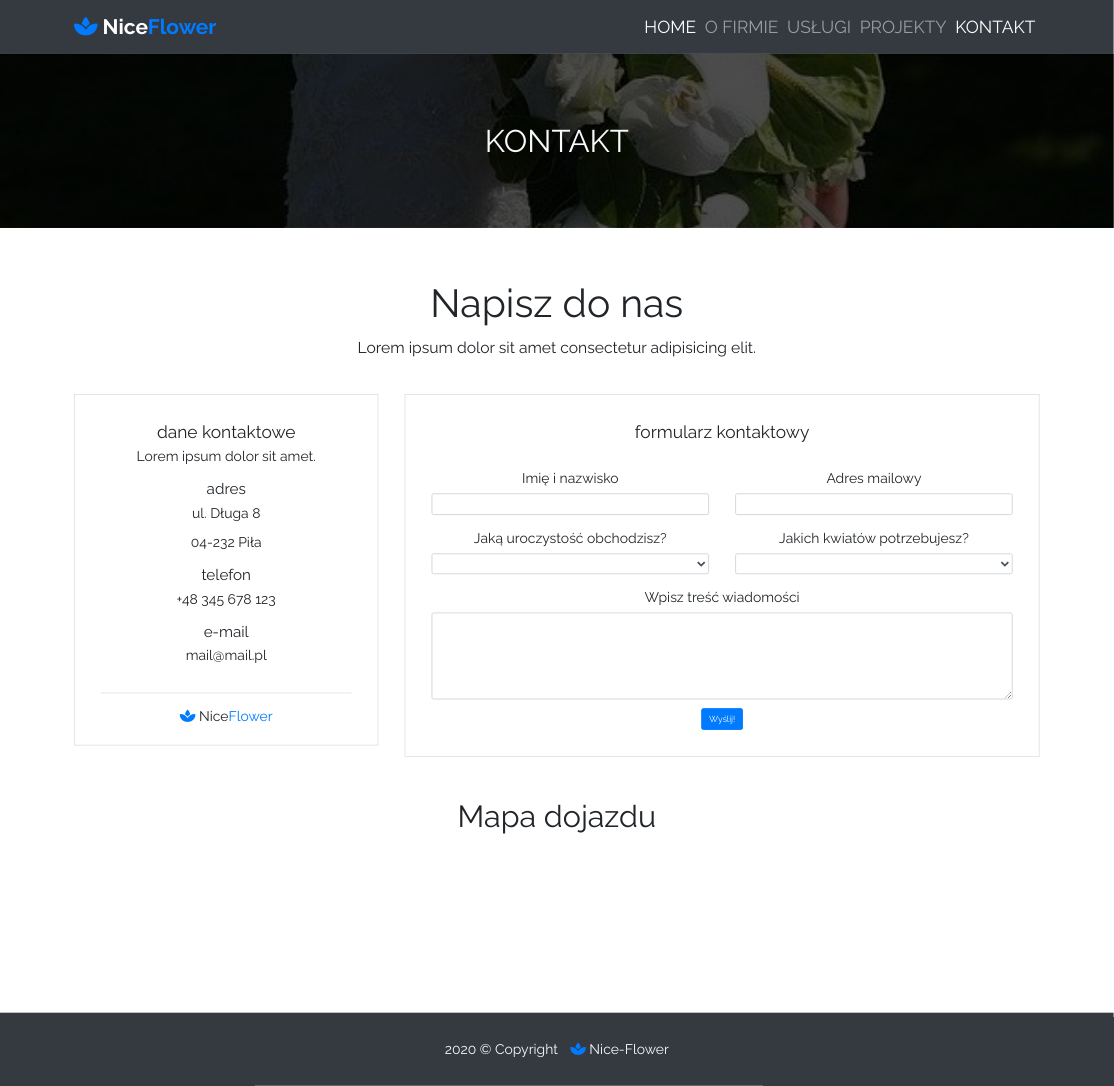
Repository: KrzysKolo/Projekt-13_Kwiaciarnia
Page: contact.html
An editor plug-in stored every save of this project. The page is shown before and after the next save, followed by the edit.
The browser window is 1280 px wide. The pictures show the whole page, at 87% of full size.
Pictures or frames that could not be fetched are drawn as grey boxes. Some web libraries are served in a nearby version.

Above is the page before, as saved 2020-08-11 13:56:45.

### contact.html
<!DOCTYPE html>
<html lang="pl">
  <head>
    <meta charset="UTF-8" />
    <meta name="viewport" content="width=device-width, initial-scale=1.0" />
    <title>Nice-Flower</title>
    <script
      src="https://kit.fontawesome.com/21efeaf281.js"
      crossorigin="anonymous"
    ></script>

    <link
      rel="stylesheet"
      href="https://stackpath.bootstrapcdn.com/bootstrap/4.5.0/css/bootstrap.min.css"
      integrity="sha384-9aIt2nRpC12Uk9gS9baDl411NQApFmC26EwAOH8WgZl5MYYxFfc+NcPb1dKGj7Sk"
      crossorigin="anonymous"
    />
    <link
      href="https://fonts.googleapis.com/css2?family=Raleway:wght@400;700&display=swap"
      rel="stylesheet"
    />
    <link rel="stylesheet" href="style.css" />
  </head>
  <body>
    <nav class="navbar navbar-expand-lg navbar-dark bg-dark py-3">
      <div class="container">
        <a class="navbar-brand" href="index.html"
          ><i class="fas fa-spa text-primary"></i> Nice<span
            class="text-primary"
            >Flower</span
          ></a
        >
        <button
          class="navbar-toggler border-0"
          type="button"
          data-toggle="collapse"
          data-target="#navbarNavAltMarkup"
          aria-controls="navbarNavAltMarkup"
          aria-expanded="false"
          aria-label="Toggle navigation"
        >
          <i class="fas fa-bars px-4"></i>
        </button>
        <div class="collapse navbar-collapse" id="navbarNavAltMarkup">
          <div class="navbar-nav ml-auto">
            <a class="nav-link active" href="index.html">Home </a>
            <a class="nav-link" href="abouteus.html">O firmie</a>
            <a class="nav-link" href="services.html"> Usługi</a>
            <a class="nav-link" href="projects.html">Projekty</a>
            <a class="nav-link active" href="#"
              ><span class="sr-only">(current)</span>Kontakt</a
            >
          </div>
        </div>
      </div>
    </nav>

    <!-- MAIN -->
    <main>
      <section class="top-hero contact-hero">
        <div class="hero-shadow"></div>
        <p class="top-hero-text text-light">Kontakt</p>
      </section>
      <section class="contact py-5">
        <div class="container">
          <div class="text-center py-5">
            <p class="display-3">Napisz do nas</p>
            <p class="additional-text">
              Lorem ipsum dolor sit amet consectetur adipisicing elit.
            </p>
          </div>

          <div class="row">
            <div class="col-md-5 col-lg-4">
              <div class="border p-5 mb-4 text-center">
                <h2>dane kontaktowe</h2>
                <p>Lorem ipsum dolor sit amet.</p>
                <h3 class="mt-4">adres</h3>
                <p>ul. Długa 8</p>
                <p>04-232 Piła</p>
                <h3 class="mt-4">telefon</h3>
                <p>+48 345 678 123</p>
                <h3 class="mt-4">e-mail</h3>
                <p>mail@mail.pl</p>
                <div class="contact-logo mt-5 pt-4 mb-n3 border-top">
                  <i class="fas fa-spa text-primary"></i> Nice<span
                    class="text-primary"
                    >Flower</span
                  >
                </div>
              </div>
            </div>
            <div class="col-md-7 col-lg-8">
              <div class="border p-5 text-center">
                <h2>formularz kontaktowy</h2>
                <form class="mt-5">
                  <div class="row">
                    <div class="col-md-6">
                      <div class="form-group mb-4">
                        <label>Imię i nazwisko</label>
                        <input type="text" class="form-control" />
                      </div>
                    </div>
                    <div class="col-md-6">
                      <div class="form-group mb-4">
                        <label>Adres mailowy</label>
                        <input type="text" class="form-control" />
                      </div>
                    </div>
                    <div class="col-md-6">
                      <div class="form-group mb-4">
                        <label>Jaką uroczystość obchodzisz?</label>
                        <select class="form-control">
                          <option selected></option>
                          <option>Urodziny/Imieniny</option>
                          <option>Ślub/Wesele</option>
                          <option>Chrzest/Komunia</option>
                          <option>Pogrzeb</option>
                        </select>
                      </div>
                    </div>
                    <div class="col-md-6">
                      <div class="form-group mb-4">
                        <label>Jakich kwiatów potrzebujesz?</label>
                        <select class="form-control">
                          <option selected></option>
                          <option>okolicznościowych</option>
                          <option>ślubnych</option>
                          <option>do wystroju wnętrza</option>
                          <option>doniczkowych</option>
                          <option>wieńca</option>
                        </select>
                      </div>
                    </div>
                    <div class="col-12">
                      <label>Wpisz treść wiadomości</label>
                      <textarea class="form-control" rows="6"></textarea>
                    </div>
                    <div class="col mt-3">
                      <button type="submit" class="btn btn-primary">
                        Wyślij!
                      </button>
                    </div>
                  </div>
                </form>
              </div>
            </div>
          </div>
        </div>
      </section>

      <section class="contact-map pb-5">
        <div class="container d-flex flex-column align-items-center">
          <p class="display-4 py-4">Mapa dojazdu</p>
          <iframe
            src="https://www.google.com/maps/embed?pb=!1m18!1m12!1m3!1d153193.0326735097!2d16.619555681750526!3d53.13458730561034!2m3!1f0!2f0!3f0!3m2!1i1024!2i768!4f13.1!3m3!1m2!1s0x4703e43e19ce785d%3A0x64dc72cbc93a28bd!2zUGnFgmE!5e0!3m2!1spl!2spl!4v1597146790109!5m2!1spl!2spl"
            frameborder="0"
            style="border: 0;"
            allowfullscreen=""
          ></iframe>
        </div>
      </section>
    </main>
    <footer class="bg-dark text-light">
      <p class="py-5 px-3 mb-0 text-center">
        2020 &copy; Copyright
        <i class="ml-3 fas fa-spa text-primary"></i> Nice-Flower
      </p>
    </footer>
    <script
      src="https://code.jquery.com/jquery-3.5.1.slim.min.js"
      integrity="sha384-DfXdz2htPH0lsSSs5nCTpuj/zy4C+OGpamoFVy38MVBnE+IbbVYUew+OrCXaRkfj"
      crossorigin="anonymous"
    ></script>
    <script
      src="https://cdn.jsdelivr.net/npm/popper.js@1.16.0/dist/umd/popper.min.js"
      integrity="sha384-Q6E9RHvbIyZFJoft+2mJbHaEWldlvI9IOYy5n3zV9zzTtmI3UksdQRVvoxMfooAo"
      crossorigin="anonymous"
    ></script>
    <script
      src="https://stackpath.bootstrapcdn.com/bootstrap/4.5.0/js/bootstrap.min.js"
      integrity="sha384-OgVRvuATP1z7JjHLkuOU7Xw704+h835Lr+6QL9UvYjZE3Ipu6Tp75j7Bh/kR0JKI"
      crossorigin="anonymous"
    ></script>
  </body>
</html>

### style.css
* {
  box-sizing: border-box;
  margin: 0;
  padding: 0;
}
html {
  font-size: 62.5%;
}
body {
  font-family: "Raleway", sans-serif;
  font-size: 1.6rem;
}
.hero-shadow {
  position: absolute;
  top: 0;
  width: 100%;
  height: 100%;
  background-color: rgba(0, 0, 0, 0.7);
  z-index: -1;
}
.additional-text {
  font-size: 1.8rem;
}
.top-hero {
  position: relative;
  height: 20rem;
  background-size: cover;
  z-index: 0;
}
.top-hero-text {
  display: flex;
  justify-content: center;
  align-items: center;
  height: 100%;
  font-size: 3.6rem;
  text-transform: uppercase;
}
/* ----------- */
/*  nawigacja  */
/* ----------- */
nav {
  font-size: 2rem;
  text-transform: uppercase;
}
.navbar-toggler {
  font-size: 3rem;
}
.navbar-brand {
  font-size: 2.4rem;
  font-weight: bold;
  text-transform: none;
}
/* ----------- */
/*    header   */
/* ----------- */
header {
  font-size: 2rem;
}
.carousel-item {
  position: relative;
  height: 400px;
  background-position: center;
  background-size: cover;
  z-index: 0;
}
.carousel-img-one {
  background-image: url("./img/b1m.jpg");
}
.carousel-img-two {
  background-image: url("./img/b2m.jpg");
}
.carousel-img-three {
  background-image: url("./img/b4m.jpg");
}
/* ----------- */
/*     main    */
/* ----------- */
.home-boxes {
  padding: 5rem 0;
}
.home-box i {
  font-size: 4rem;
}
.home-box h3 {
  font-size: 2.6rem;
}
/* ----------- */
.home-passion {
  position: relative;
  height: 350px;
  background-image: url("./img/b8m.jpg");
  background-position: center;
  background-size: cover;
  z-index: 0;
}
/* ----------- */
.home-brand h3 {
  font-size: 3rem;
  font-weight: bold;
}
/* ----------- */
/*   aboutus   */
/* ----------- */
.aboutus-hero {
  background-image: url("./img/obrazek1.jpg");
  background-position: bottom;
}
/* ----------- */
.aboutus-top .display-3 {
  text-transform: uppercase;
}
/* ----------- */
.aboutus-info {
  background-color: rgba(0, 0, 0, 0.3);
}
.aboutus-info .container {
  padding: 2em 0.5em;
}
.aboutus-text {
  padding: 1.8rem;
}
.aboutus-text h3 {
  margin-bottom: 0.5em;
  font-size: 2.6rem;
  text-transform: uppercase;
  font-weight: bold;
  text-decoration: underline #007bff;
}
.abouts-text-right {
  text-align: right;
}
.aboutus-img {
  height: 300px;
  background-image: url("./img/b5m.jpg");
  background-position: center;
  background-size: cover;
}
/* ----------- */
.aboutus-bottom i {
  font-size: 3rem;
}
.aboutus-bottom h3 {
  font-size: 2.2rem;
  font-weight: bold;
}
/* ----------- */
/*    usługi   */
/* ----------- */
.service-hero {
  background-image: url("./img/pm.jpg");
  background-position: 0 50%;
}
/* ----------- */
.service-hero-box {
  position: relative;
  height: 300px;
  background-size: cover;
  z-index: 0;
}
.service-hero-box p {
  display: flex;
  justify-content: center;
  align-items: center;
  font-size: 3rem;
  text-transform: uppercase;
}
.service-pricing .box-one {
  background-image: url("./img/b2m.jpg");
}
.service-pricing .box-two {
  background-image: url("./img/bsm.jpg");
}
.service-pricing .box-three {
  background-image: url("./img/wm.jpg");
}
.service-pricing .box-four {
  background-image: url("./img/rdm.jpg");
}
.service-pricing .card-header {
  font-size: 2rem;
  cursor: pointer;
}
.service-pricing h3 {
  font-weight: bold;
}
.service-pricing .btn {
  font-size: 1.6rem;
  text-transform: uppercase;
}
/* ----------- */
/*   projekty  */
/* ----------- */
.projects-hero {
  background-image: url("./img/b3m.jpg");
  background-position: center;
}
.projects img {
  height: 240px;
  object-fit: cover;
}
.projects .btn {
  font-size: 1.4rem;
  text-transform: uppercase;
}
/* ----------- */
/*    kontakt  */
/* ----------- */
.contact-hero {
  background-image: url("./img/obrazek2.jpg");
  background-position: center;
}
/* ----------- */
/*    footer   */
/* ----------- */
footer {
  font-size: 1.6rem;
}
@media (min-width: 992px) {
  .aboutus-info .container {
    padding: 0;
  }
  .aboutus-shadow {
    box-shadow: inset 0 5px 10px -5px rgba(0, 0, 0, 0.4);
  }
  .aboutus-text {
    padding: 5em 0;
    transform: skew(-15deg);
  }
  .abouts-text-left {
    padding-right: 2em;
    text-align: right;
  }
  .abouts-text-right {
    padding-left: 2em;
    text-align: left;
  }
  .aboutus-img {
    height: auto;
    transform: skew(-15deg);
  }
}
@media (min-width: 1400px) {
  .carousel-item {
    height: 600px;
  }
  .carousel-img-one {
    background-image: url("./img/b1.jpg");
  }
  .carousel-img-two {
    background-image: url("./img/b2.jpg");
  }
  .carousel-img-three {
    background-image: url("./img/b4.jpg");
  }
}

After the next save:
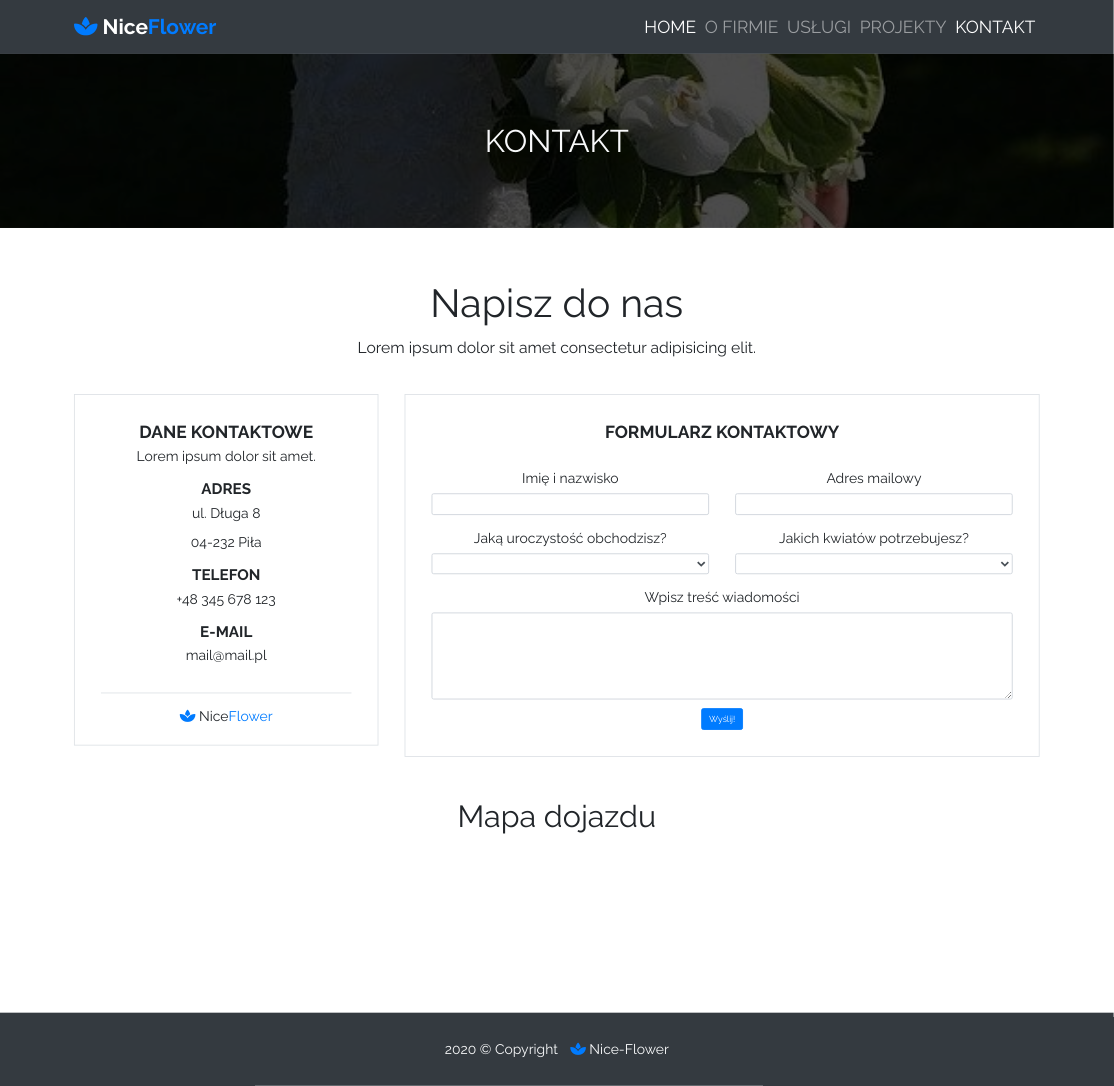
Saved 2 min 0 s later.
--- a/style.css
+++ b/style.css
@@ -209,6 +209,11 @@ header {
   background-image: url("./img/obrazek2.jpg");
   background-position: center;
 }
+.contact h2,
+.contact h3 {
+  text-transform: uppercase;
+  font-weight: bold;
+}
 /* ----------- */
 /*    footer   */
 /* ----------- */
